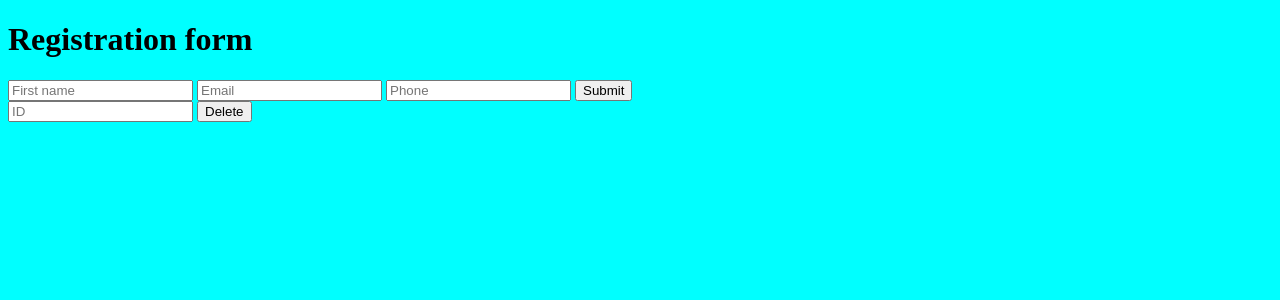
Repository: mediumrtp/CRUD
Page: index.html
These files come from the project's save history. The page is drawn as it stood at one moment and after the next save; the edit follows.
The browser window is 1280 px wide. The pictures show the whole page.

Above is the page before, as saved 2022-11-15 08:54:38.

After the next save:
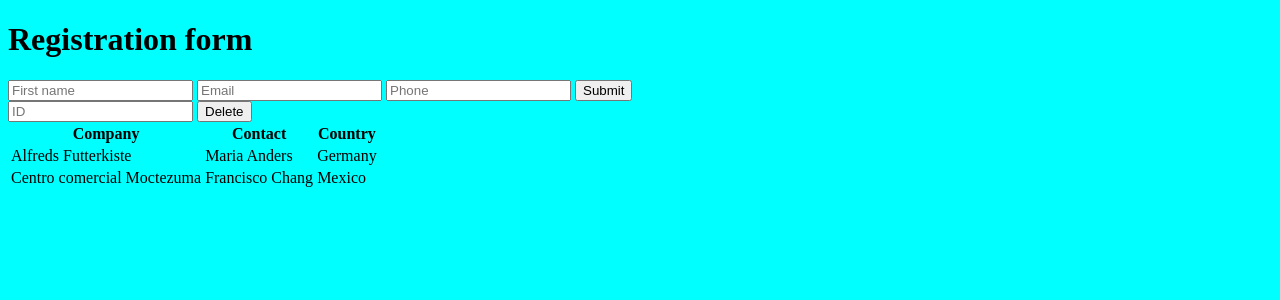
Saved 6 min 37 s later.
--- a/index.html
+++ b/index.html
@@ -25,6 +25,24 @@
         <button type="submit">Delete</button>
         <!-- <button type="submit" class="btn">Submit</button> -->
     </form>
+
+    <table>
+        <tr>
+            <th>Company</th>
+            <th>Contact</th>
+            <th>Country</th>
+        </tr>
+        <tr>
+            <td>Alfreds Futterkiste</td>
+            <td>Maria Anders</td>
+            <td>Germany</td>
+        </tr>
+        <tr>
+            <td>Centro comercial Moctezuma</td>
+            <td>Francisco Chang</td>
+            <td>Mexico</td>
+        </tr>
+    </table>
 </body>
 
 </html>
